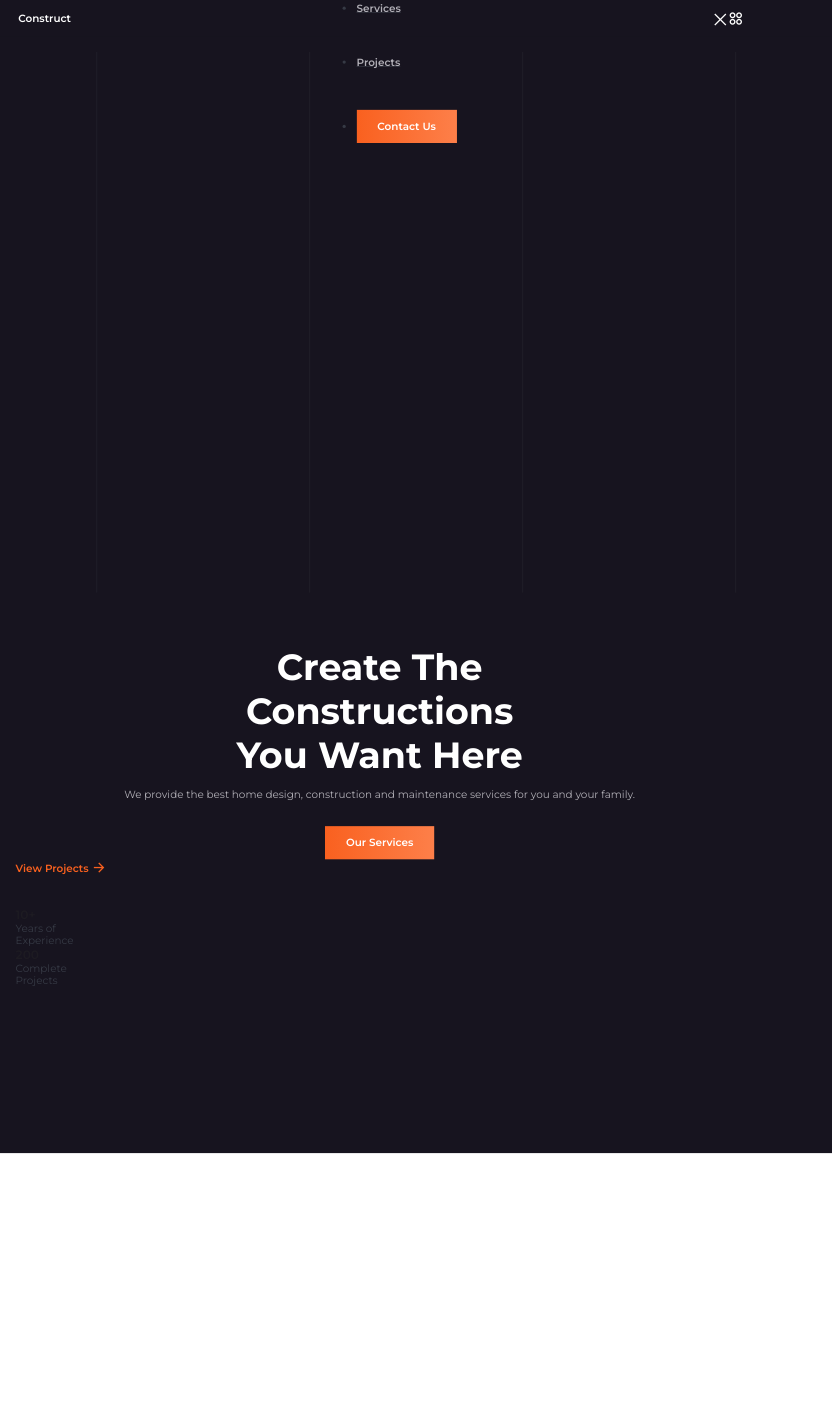
Repository: douglasabnovato/construction
Page: index.html
These files come from the project's save history. The page is drawn as it stood at one moment and after the next save; the edit follows.
The browser window is 1280 px wide. The pictures show the whole page, at 65% of full size.

Above is the page before, as saved 2025-04-29 00:53:17.

### index.html
<!DOCTYPE html>
<html lang="en">
  <head>
    <meta charset="UTF-8" />
    <meta name="viewport" content="width=device-width, initial-scale=1.0" />

    <!--=============== FAVICON ===============-->
    <link
      rel="shortcut icon"
      href="assets/img/favicon.png"
      type="image/x-icon"
    />

    <!--=============== REMIXICONS ===============-->
    <link
      rel="stylesheet"
      href="https://cdnjs.cloudflare.com/ajax/libs/remixicon/4.2.0/remixicon.css"
    />

    <!--=============== SWIPER CSS ===============-->
    <link rel="stylesheet" href="" />

    <!--=============== CSS ===============-->
    <link rel="stylesheet" href="assets/css/styles.css" />

    <title>Construction</title>
  </head>
  <body>
    <!--==================== HEADER ====================-->
    <header class="header" id="header">
      <nav class="nav container">
        <a href="#" class="nav__logo">
          <i class="ri-bulding-3-line"></i>
          <span>Construct</span>
        </a>
        <div class="nav__menu" id="nav-menu">
          <u class="nav__list">
            <li>
              <a href="#home" class="nav__link">Home</a>
            </li>
            <li>
              <a href="#aboutus" class="nav__link"> About Us</a>
            </li>
            <li>
              <a href="#services" class="nav__link"> Services</a>
            </li>
            <li>
              <a href="#projects" class="nav__link"> Projects</a>
            </li>
            <li>
              <a href="#contactus" class="nav__link button"> Contact Us</a>
            </li>
          </u>
          <!-- Close Button -->
          <div class="nav__close" id="nav-close">
            <i class="ri-close-large-line"></i>
          </div>
        </div>
        <!-- Toggle menu -->
        <div class="nav__toggle" id="nav-toggle">
          <i class="ri-apps-2-line"></i>
        </div>
      </nav>
    </header>

    <!--==================== MAIN ====================-->
    <main class="main">
      <!--==================== HOME ====================-->
      <section class="home section" id="home">
        <img
          src="./assets/img/home-lines-bg.svg"
          alt="image"
          class="home__lines"
        />
        <div class="home__container container grid">
          <div class="home__container grid">
            <div class="home__data">
              <h1 class="home__title">
                Create The<br />
                Constructions<br />
                You Want Here
              </h1>
              <p class="home__description">
                We provide the best home design, construction and maintenance
                services for you and your family.
              </p>
              <div class="home__buttons">
                <a href="#services" class="button">Our Services</a>
                <a href="#projects" class="button__link"
                  ><span>View Projects</span> <i class="ri-arrow-right-line"></i
                ></a>
              </div>
            </div>
            <div class="home__info">
              <div>
                <h3 class="home__info-title">10+</h3>
                <p class="home__info-description">
                  Years of <br />
                  Experience
                </p>
              </div>
              <div>
                <h3 class="home__info-title">200</h3>
                <p class="home__info-description">
                  Complete <br />
                  Projects
                </p>
              </div>
            </div>
          </div>
          <div class="home__images"></div>
        </div>
      </section>

      <!--==================== ABOUT ====================-->
      <section class="about section" id="about"></section>

      <!--==================== SERVICES ====================-->
      <section class="services section" id="services"></section>

      <!--==================== PROJECTS ====================-->
      <section class="projects section" id="projects"></section>

      <!--==================== CONTACT ====================-->
      <section class="contact section" id="contact"></section>
    </main>

    <!--==================== FOOTER ====================-->
    <footer class="footer"></footer>

    <!--========== SCROLL UP ==========-->

    <!--=============== SCROLLREVEAL ===============-->
    <script src=""></script>

    <!--=============== SWIPER JS ===============-->
    <script src=""></script>

    <!--=============== MAIN JS ===============-->
    <script src="assets/js/main.js"></script>
  </body>
</html>

### assets/css/styles.css
/*=============== GOOGLE FONTS ===============*/
@import url("https://fonts.googleapis.com/css2?family=Montserrat:wght@100..900&display=swap");

/*=============== VARIABLES CSS ===============*/
:root {
  --header-height: 3.5rem;

  /*========== Colors ==========*/
  /*Color mode HSL(hue, saturation, lightness)*/
  --first-color: hsl(18, 95%, 55%);
  --second-color: hsl(42, 98%, 52%);
  --first-gradient: linear-gradient(
    90deg,
    hsl(18, 95%, 55%),
    hsl(18, 98%, 64%)
  );
  --title-color: hsl(255, 12%, 12%);
  --text-color: hsl(225, 12%, 24%);
  --text-color-light: hsl(255, 4%, 70%);
  --body-color: hsl(0, 0%, 100%);
  --container-color: hsl(0, 0%, 100%);
  --white-color: hsl(0, 0%, 100%);
  --black-color: hsl(255, 20%, 10%);
  --gray-border: hsl(255, 6%, 90%);
  --black-border: hsl(255, 10%, 20%);

  /*========== Font and typography ==========*/
  /*.5rem = 8px | 1rem = 16px ...*/
  --body-font: "Montserrat", sans-serif;
  --big-font-size: 2.25rem;
  --h1-font-size: 1.5rem;
  --h2-font-size: 1.25rem;
  --h3-font-size: 1rem;
  --normal-font-size: 0.938rem;
  --small-font-size: 0.813rem;

  /*========== Font weight ==========*/
  --font-regular: 400;
  --font-medium: 500;
  --font-semi-bold: 600;
  --font-bold: 700;

  /*========== z index ==========*/
  --z-tooltip: 10;
  --z-fixed: 100;
}

/*========== Responsive typography ==========*/
@media screen and (min-width: 1150px) {
  :root {
    --big-font-size: 3.5rem;
    --h1-font-size: 2.25rem;
    --h2-font-size: 1.5rem;
    --h3-font-size: 1.25rem;
    --normal-font-size: 1rem;
    --small-font-size: 0.875rem;
  }
}

/*=============== BASE ===============*/
* {
  box-sizing: border-box;
  padding: 0;
  margin: 0;
}

html {
  scroll-behavior: smooth;
}

body {
  font-family: var(--body-font);
  font-size: var(--normal-font-size);
  background-color: var(--body-color);
  color: var(--text-color);
}

h1,
h2,
h3,
h4 {
  color: var(--title-color);
  font-weight: var(--font-semi-bold);
}

ul {
  list-style: none;
}

a {
  text-decoration: none;
}

img {
  display: block;
  max-width: 100%;
  height: auto;
}

/*=============== REUSABLE CSS CLASSES ===============*/
.container {
  max-width: 1120px;
  margin-inline: 1.5rem;
}

.grid {
  display: grid;
  gap: 1.5rem;
}

.section {
  padding-block: 5rem 1rem;
}
.section__title,
.section__subtitle {
  text-align: center;
}

.section__title {
  font-size: var(--h1-font-size);
  font-weight: var(--font-bold);
  margin-bottom: 1.5rem;
}

.section__subtitle {
  display: block;
  font-size: var(--normal-font-size);
  font-weight: var(--font-semi-bold);
  color: var(--second-color);
  margin-bottom: 0.5rem;
}

.main {
  overflow: hidden;
}

/*=============== HEADER & NAV ===============*/
.header {
  position: fixed;
  width: 100%;
  top: 0;
  left: 0;
  background-color: var(--black-color);
  z-index: var(--z-fixed);
}

.nav {
  position: relative;
  height: var(--header-height);
  display: flex;
  justify-content: space-between;
  align-items: center;
}

.nav__logo {
  display: flex;
  align-items: center;
  column-gap: 0.25rem;
}

.nav__logo span {
  color: var(--white-color);
  font-weight: var(--font-semi-bold);
  transition: color 0.4s;
}

.nav__logoi i {
  color: var(--first-color);
  font-size: 1.5rem;
}

.nav__toggle,
.nav__close {
  font-size: 1.5rem;
  color: var(--white-color);
  cursor: pointer;
  transition: color 0.4s;
}

/* Navigation for mobile devices */
@media screen and (max-width: 1150px) {
  .nav__menu {
    position: fixed;
    top: 0;
    right: -100%;
    background-color: var(--black-color);
    width: 80%;
    height: 100%;
    padding: 7.5rem 3.5rem 0;
    border-left: 2px solid var(--black-border);
    transition: right 0.4s;
  }
}

.nav__list {
  display: flex;
  flex-direction: column;
  row-gap: 4rem;
}

.nav__link {
  color: var(--text-color-light);
  font-weight: var(--font-semi-bold);
  transition: color 0.4s;
}

.nav__link:hover {
  color: var(--first-color);
}

.nav__close {
  position: absolute;
  top: 1rem;
  right: 1.5rem;
}

/* Show menu */
.show-menu {
  right: 0;
}

/* Change background header */

/* Active link */

/*=============== HOME ===============*/
.home {
  position: relative;
  background-color: var(--black-color);
}

.home__container {
  position: relative;
  row-gap: 3rem;
  padding-block: 2.5rem 6rem;
}

.home__content {
  row-gap: 2.5rem;
}

.home__data {
  text-align: center;
}

.home__title {
  color: var(--white-color);
  font-size: var(--big-font-size);
  font-weight: var(--font-bold);
  margin-bottom: 1rem;
}

.home__description{
  margin-bottom: 2.5rem;
  color: var(--text-color-light);
}

.home_buttons{
  display: flex;
  justify-content: center;
  align-items: center;
  gap: 1rem;
}

/*=============== BUTTON ===============*/
.button {
  display: inline-flex;
  background: var(--first-gradient);
  color: var(--white-color);
  font-weight: var(--font-semi-bold);
  padding: 1rem 2rem;
  transition: box-shadow .4s;
}

.button:hover{
  box-shadow: 0 8px 32px hsla(18, 95%, 55%, .3);
  color: var(--white-color);
}

.button__link {
  display: flex;
  align-items: center;
  column-gap: .25rem;
  color: var(--first-color);
}

.button__link span{
  font-weight: var(--font-semi-bold);
}

.button__link i {
  font-size: 1.5rem;
  transition: transform .4s;
}

.button__link:hover i {
  transform: translateX(.25rem)
}

/*=============== ABOUT ===============*/

/*=============== SERVICES ===============*/

/* Swiper class */

/*=============== PROJECTS ===============*/

/*=============== CONTACT ===============*/

/*=============== FOOTER ===============*/

/*=============== SCROLL BAR ===============*/

/*=============== SCROLL UP ===============*/

/* Show Scroll Up */

/*=============== BREAKPOINTS ===============*/
/* For small devices */

/* For medium devices */

/* For large devices */

### assets/js/main.js
/*=============== SHOW MENU ===============*/
const navMenu = document.getElementById('nav-menu'),
      navToggle = document.getElementById('nav-toggle'),
      navClose = document.getElementById('nav-close')

/* Menu show */
if(navToggle){
    navToggle.addEventListener('click', () =>{
        navMenu.classList.add('show-menu')
    })
}

/* Menu hidden */
if(navClose){
    navClose.addEventListener('click', () =>{
        navMenu.classList.remove('show-menu')
    })
}

/*=============== REMOVE MENU MOBILE ===============*/
const navLink = document.querySelectorAll('.nav__link')

const linkAction = () =>{
    const navMenu = document.getElementById('nav-menu')
    // When we click on each nav__link, we remove the show-menu class
    navMenu.classList.remove('show-menu')
}
navLink.forEach(n => n.addEventListener('click', linkAction))


/*=============== CHANGE BACKGROUND HEADER ===============*/

/*=============== SWIPER SERVICES ===============*/

/*=============== SHOW SCROLL UP ===============*/

/*=============== SCROLL SECTIONS ACTIVE LINK ===============*/

/*=============== SCROLL REVEAL ANIMATION ===============*/

After the next save:
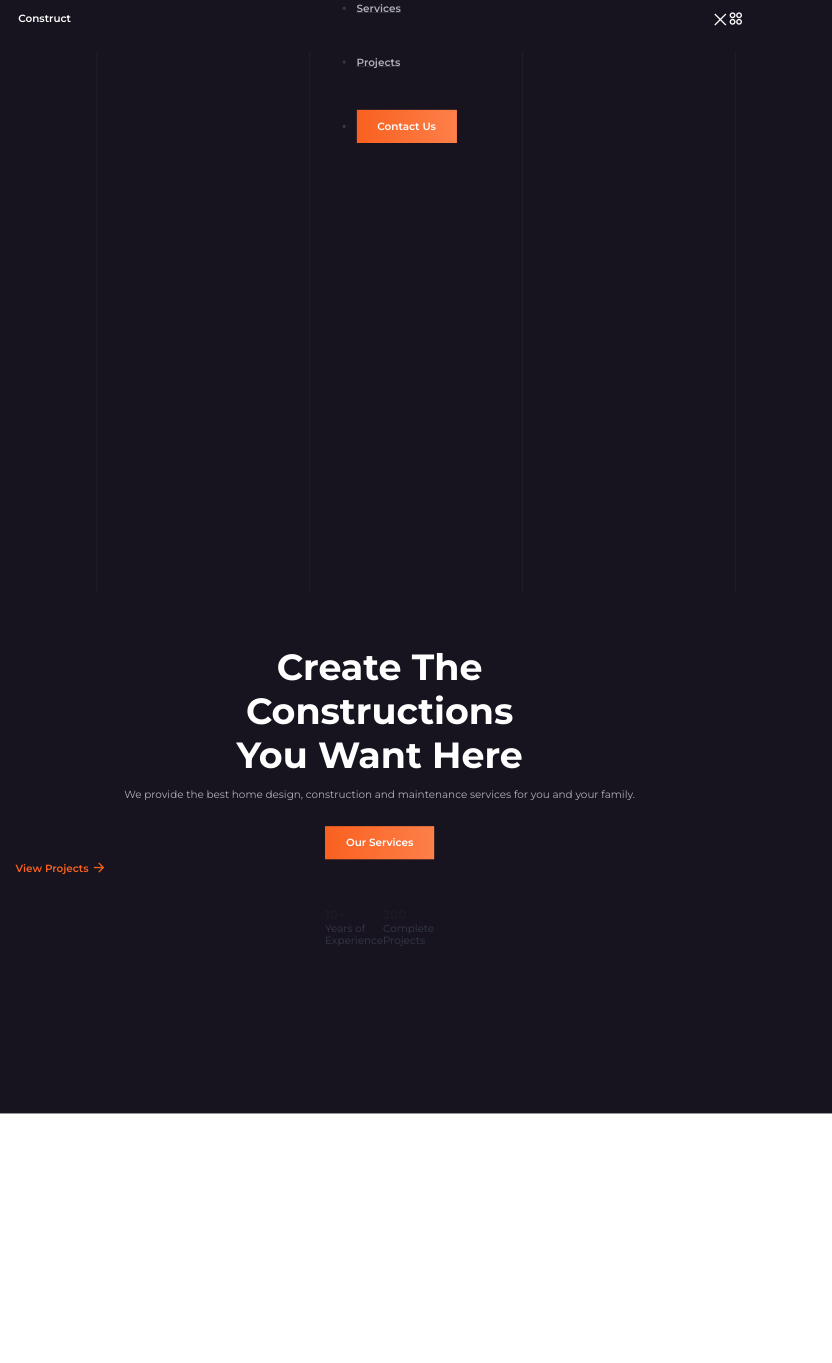
Saved 60 s later.
--- a/assets/css/styles.css
+++ b/assets/css/styles.css
@@ -262,6 +262,11 @@ img {
   gap: 1rem;
 }
 
+.home__info{
+  display: flex;
+  justify-content: center;
+}
+
 /*=============== BUTTON ===============*/
 .button {
   display: inline-flex;
